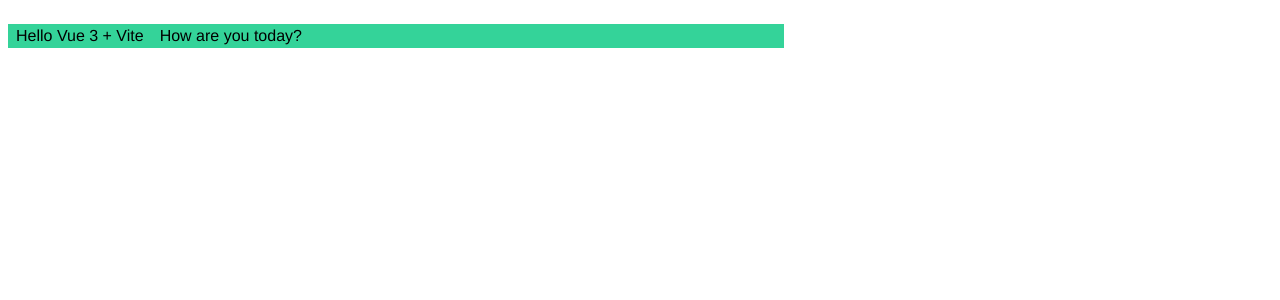
Repository: fahmiegerton/imgwatermark
Page: /
An editor plug-in stored every save of this project. The page is shown before and after the next save, followed by the edit.
The browser window is 1280 px wide. The pictures show the whole page.
The project was rebuilt for these pictures with package versions that can differ from the ones it lists, and the page was loaded fresh each time. Also part of the build but not shown: vite.config.js.

Above is the page before, as saved 2021-11-12 21:34:09.

After the next save:
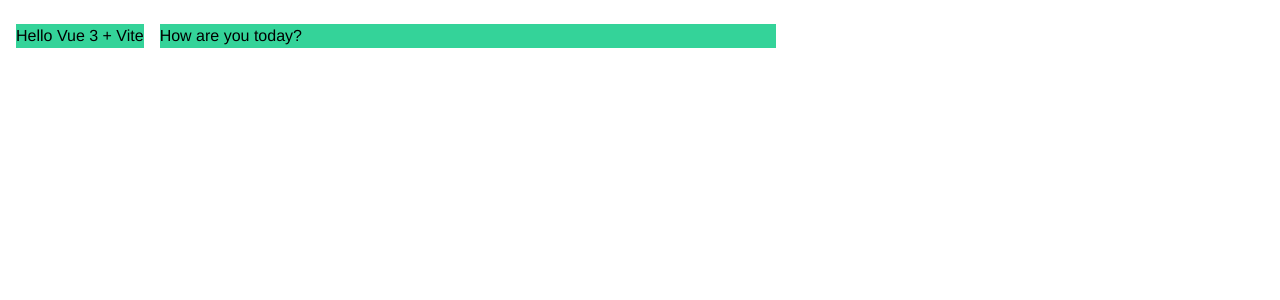
Saved 2 min 56 s later.
--- a/src/components/Home.vue
+++ b/src/components/Home.vue
@@ -1,10 +1,12 @@
 <template lang="pug">
 .container.mx-auto.p-4
 	.flex.flex-wrap.-mx-2.overflow-hidden
-		div(class="w-auto overflow-hidden sm:my-2 sm:px-2 bg-green-400")
-			h1 {{msg}}
-		div(class="w-1/2 overflow-hidden sm:my-2 sm:px-2 bg-green-400")
-			h1 {{text}}
+		div(class="w-auto overflow-hidden sm:my-2 sm:px-2")
+			.bg-green-400
+				h1 {{msg}}
+		div(class="w-1/2 overflow-hidden sm:my-2 sm:px-2")
+			.bg-green-400
+				h1 {{text}}
 </template>
 
 <script setup>
